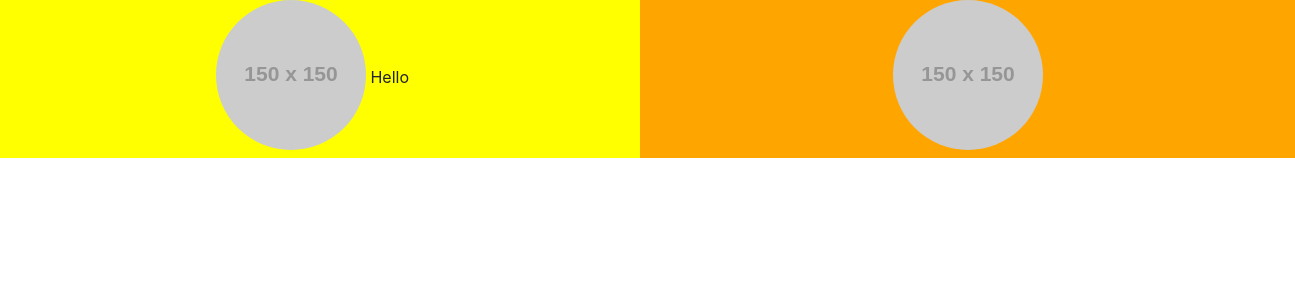
Repository: rsusolutions/RSU-Website
Page: quiz/index.html
These files come from the project's save history. The page is drawn as it stood at one moment and after the next save; the edit follows.
The browser window is 1280 px wide. The page is 1295 px wide, so the pictures cover 1295 px, including what lies to the right of the window. The pictures show the whole page.
Some web libraries are served in a nearby version.

Above is the page before, as saved 2020-04-21 18:58:36.

### quiz/index.html
<!doctype html>
<html lang="en">
  <head>
    <!-- Required meta tags -->
    <meta charset="utf-8">
    <meta name="viewport" content="width=device-width, initial-scale=1, shrink-to-fit=no">

    <!-- Bootstrap CSS -->
    <link rel="stylesheet" href="https://maxcdn.bootstrapcdn.com/bootstrap/4.0.0/css/bootstrap.min.css" integrity="sha384-Gn5384xqQ1aoWXA+058RXPxPg6fy4IWvTNh0E263XmFcJlSAwiGgFAW/dAiS6JXm" crossorigin="anonymous">
    <link rel="stylesheet" href="style.css">
    <script src="script.js"></script>

    <title>quiz</title>
  </head>
  <body>
    <section class="section-preview ">

 <div class="row">
      <div class="col" style="background-color:yellow; text-align: center;">
    <img class="rounded-circle mb-2" alt="150x150" src="https://placehold.it/150x150" data-holder-rendered="true">
    Hello
    </div>
      <div class="col" style="background-color:orange; text-align: center;">
    <img class="rounded-circle mb-2" alt="150x150" src="https://placehold.it/150x150" data-holder-rendered="true">
    </div>
    </div>

    </section>
    <!-- Optional JavaScript -->
    <!-- jQuery first, then Popper.js, then Bootstrap JS -->
    <script src="https://code.jquery.com/jquery-3.2.1.slim.min.js" integrity="sha384-KJ3o2DKtIkvYIK3UENzmM7KCkRr/rE9/Qpg6aAZGJwFDMVNA/GpGFF93hXpG5KkN" crossorigin="anonymous"></script>
    <script src="https://cdnjs.cloudflare.com/ajax/libs/popper.js/1.12.9/umd/popper.min.js" integrity="sha384-ApNbgh9B+Y1QKtv3Rn7W3mgPxhU9K/ScQsAP7hUibX39j7fakFPskvXusvfa0b4Q" crossorigin="anonymous"></script>
    <script src="https://maxcdn.bootstrapcdn.com/bootstrap/4.0.0/js/bootstrap.min.js" integrity="sha384-JZR6Spejh4U02d8jOt6vLEHfe/JQGiRRSQQxSfFWpi1MquVdAyjUar5+76PVCmYl" crossorigin="anonymous"></script>
  </body>
</html>

### quiz/style.css
@import url(https://fonts.googleapis.com/css?family=Lato:100,400);
/* #the-final-countdown {
  background: #333;
  font-family: 'Lato', sans-serif;
  text-align: center;
  color: #eee;
  text-shadow: 1px 1px 5px black;
  padding: 1rem 0;
  font-size: 3rem;
  border: 1px solid #000;
} */

### quiz/script.js
setInterval(function time() {
    var d = new Date();
    var hours = 18 - d.getHours();
    var min = 60 - d.getMinutes();
    if ((min + "").length == 1) {
        min = "0" + min;
    }
    var sec = 60 - d.getSeconds();
    if ((sec + "").length == 1) {
        sec = "0" + sec;
    }
    if(hours<0||min<0||sec<0){
        jQuery("#the-final-countdown").text("Time Up");
    }
    else{

        jQuery("#the-final-countdown").text("Time Left "+hours + ":" + min + ":" + sec);
    }
}, 1000);

After the next save:
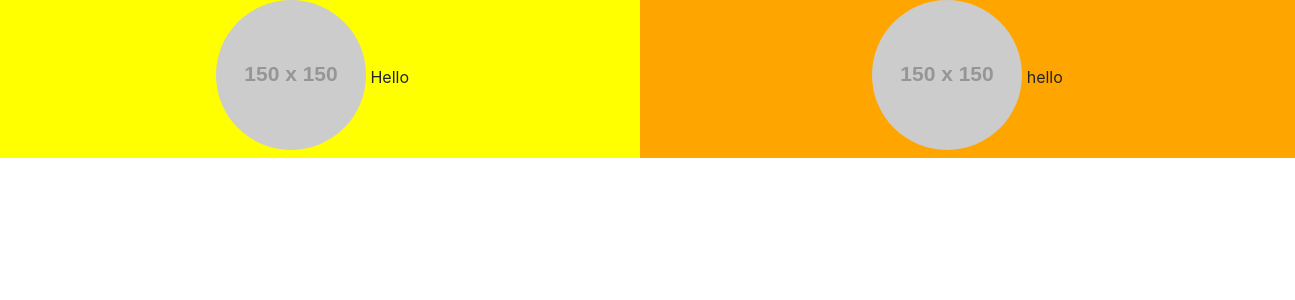
Saved 17 s later.
--- a/quiz/index.html
+++ b/quiz/index.html
@@ -22,6 +22,7 @@
     </div>
       <div class="col" style="background-color:orange; text-align: center;">
     <img class="rounded-circle mb-2" alt="150x150" src="https://placehold.it/150x150" data-holder-rendered="true">
+    hello
     </div>
     </div>
 
